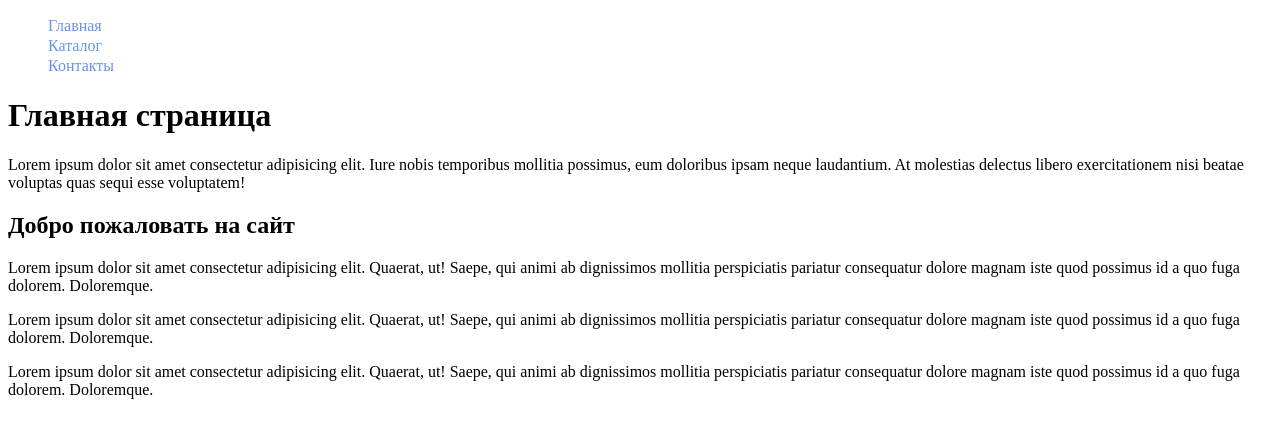
Repository: Alekseiy1980/Catalog
Page: index.html
The author's editor kept a copy of each file at every save. The page is drawn from the files as they stood at one save, then again after the next save.
The browser window is 1280 px wide. The pictures show the whole page.

Above is the page before, as saved 2024-01-13 16:20:40.

After the next save:
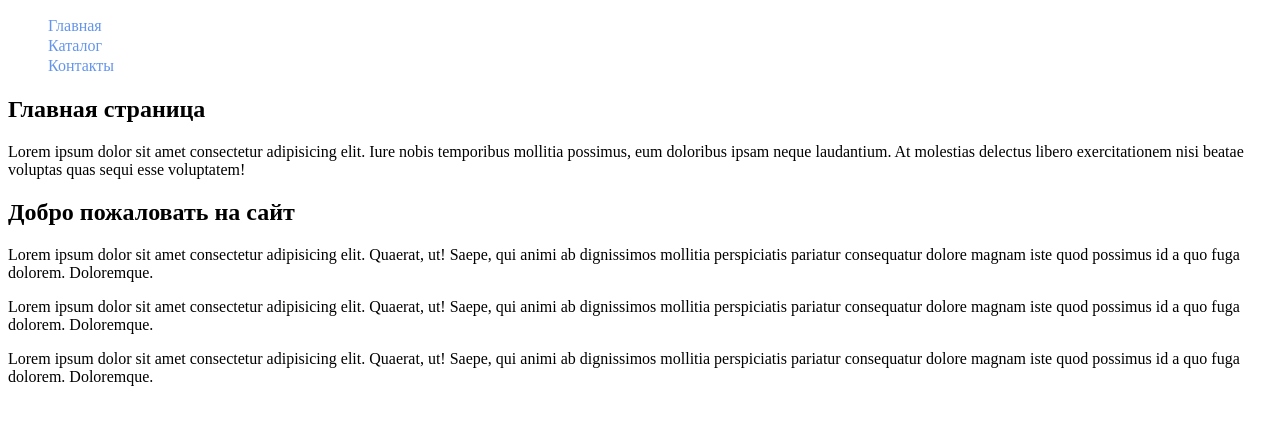
Saved 16 min 20 s later.
--- a/index.html
+++ b/index.html
@@ -25,11 +25,13 @@
 
 
 
+    <section class="comteiner" >
+        <h1 class="conteiner_title">Главная страница</h1>
+        <p class="">Lorem ipsum dolor sit amet consectetur adipisicing elit. Iure nobis temporibus mollitia possimus, eum doloribus ipsam neque laudantium. At molestias delectus libero exercitationem nisi beatae voluptas quas sequi esse voluptatem!</p>
 
+    </section>
 
-    <h1>Главная страница</h1>
-    <p>Lorem ipsum dolor sit amet consectetur adipisicing elit. Iure nobis temporibus mollitia possimus, eum doloribus ipsam neque laudantium. At molestias delectus libero exercitationem nisi beatae voluptas quas sequi esse voluptatem!</p>
-    <h2>Добро пожаловать на сайт</h2>
+   <h2>Добро пожаловать на сайт</h2>
     <p>Lorem ipsum dolor sit amet consectetur adipisicing elit. Quaerat, ut! Saepe, qui animi ab dignissimos mollitia perspiciatis pariatur consequatur dolore magnam iste quod possimus id a quo fuga dolorem. Doloremque.</p>
     <p>Lorem ipsum dolor sit amet consectetur adipisicing elit. Quaerat, ut! Saepe, qui animi ab dignissimos mollitia perspiciatis pariatur consequatur dolore magnam iste quod possimus id a quo fuga dolorem. Doloremque.</p>
     <p>Lorem ipsum dolor sit amet consectetur adipisicing elit. Quaerat, ut! Saepe, qui animi ab dignissimos mollitia perspiciatis pariatur consequatur dolore magnam iste quod possimus id a quo fuga dolorem. Doloremque.</p>
